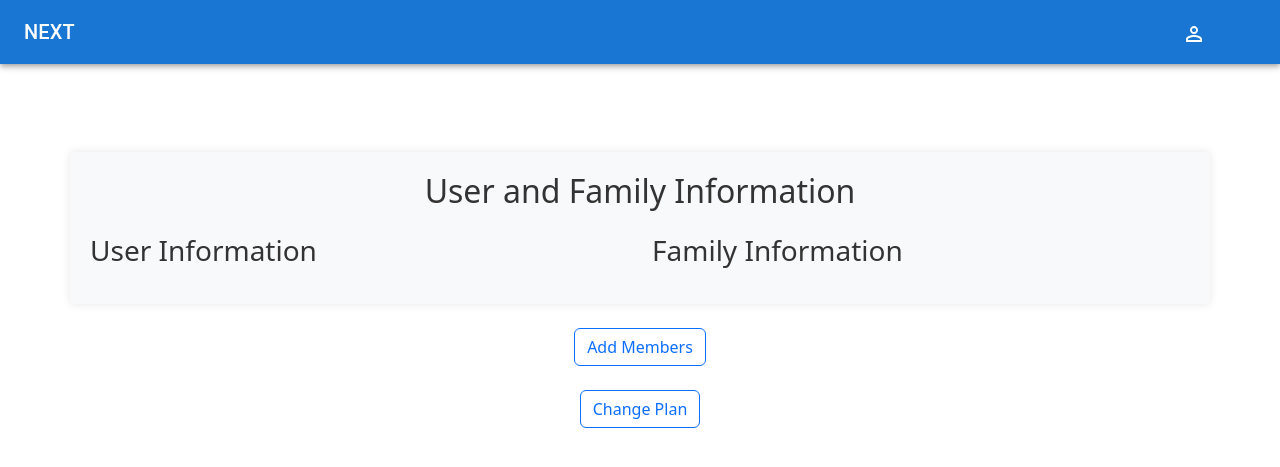
Repository: raghav-pant17/next-frontend
Page: /userdetails
These files come from the project's save history. The page is drawn as it stood at one moment and after a run of saves; the edit follows.
The browser window is 1280 px wide. The pictures show the whole page.
The project was rebuilt for these pictures with package versions that can differ from the ones it lists, and the page was loaded fresh each time. Also part of the build but not shown: src/components/Card.js, src/components/plandetails.js, src/pages/grid.js, src/pages/Home/CarouselDesign.css, src/pages/Home/CarouselDesign.js, src/pages/Home/Home.js, src/components/Cards/SilverPlan.js, src/components/Cards/GoldPlan.js and 7 more.

Above is the page before, as saved 2023-10-05 11:38:32.

After the next 6 saves:
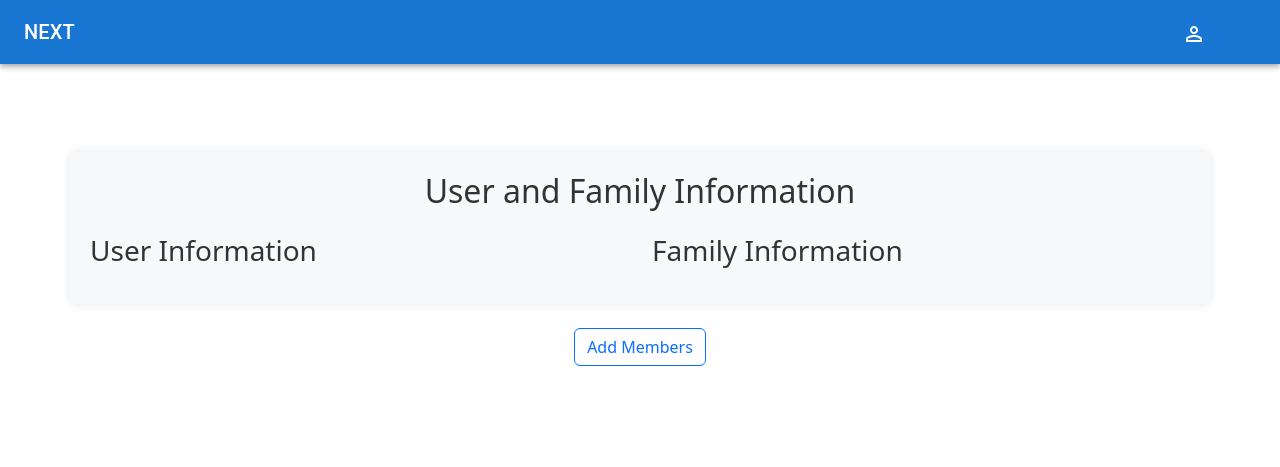
The 6 saves are shown as one change because 2 did not build or start and some came seconds apart.
The last was saved 4 min 30 s later.
--- a/src/pages/UserDetails.js
+++ b/src/pages/UserDetails.js
@@ -79,7 +79,9 @@ function UserDetails(props) {
           Add Members
         </Link>
         <br />
-        <BasicModal />
+        <div>
+      <br />
+    </div>
       </div>
     </div>
   );
